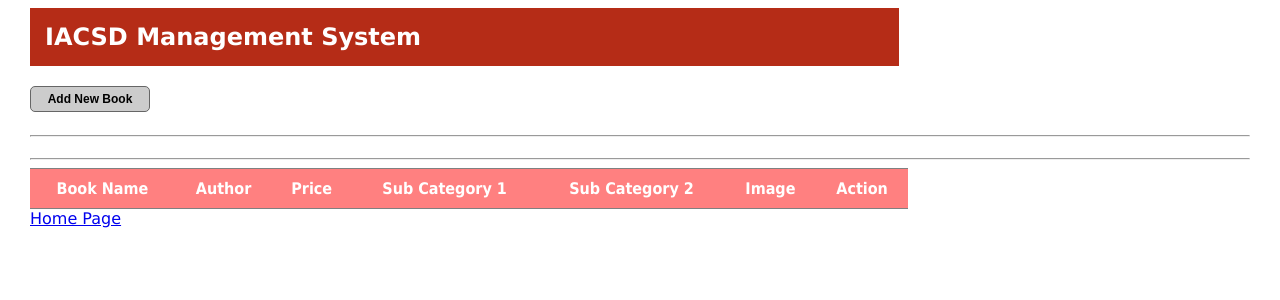
Repository: vsc8791/IMS
Page: http://localhost/onlinebookstore/WEB-INF/view/list-books.jsp
The author's editor kept a copy of each file at every save. The page is drawn from the files as they stood at one save, then again after the next save.
The browser window is 1280 px wide. The pictures show the whole page.
The page is served by Tomcat 9. Nobody is signed in. The template is opened directly, without the code that normally fills it, so the values that code supplies are empty.

Above is the page before, as saved 2018-07-30 13:23:39.

After the next save:
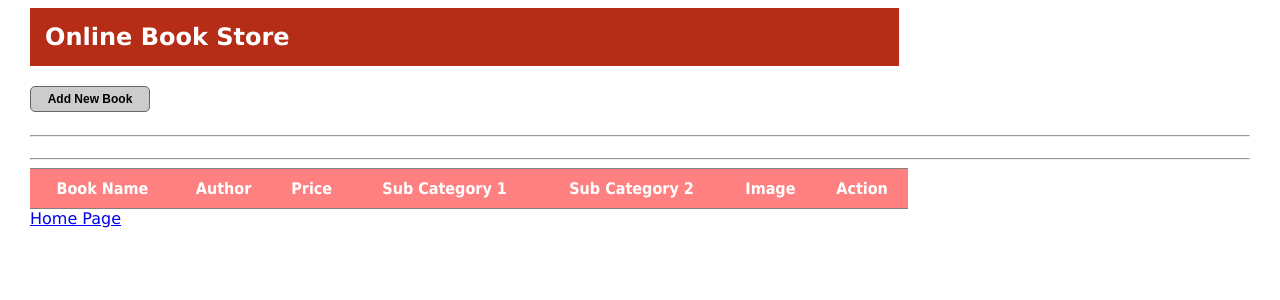
Saved 2 min 2 s later.
--- a/onlinebookstore/WebContent/WEB-INF/view/list-books.jsp
+++ b/onlinebookstore/WebContent/WEB-INF/view/list-books.jsp
@@ -20,7 +20,7 @@
 
 	<div id="wrapper">
 		<div id="header">
-			<h2>IACSD Management System</h2>
+			<h2>Online Book Store</h2>
 		</div>
 	</div>
 
